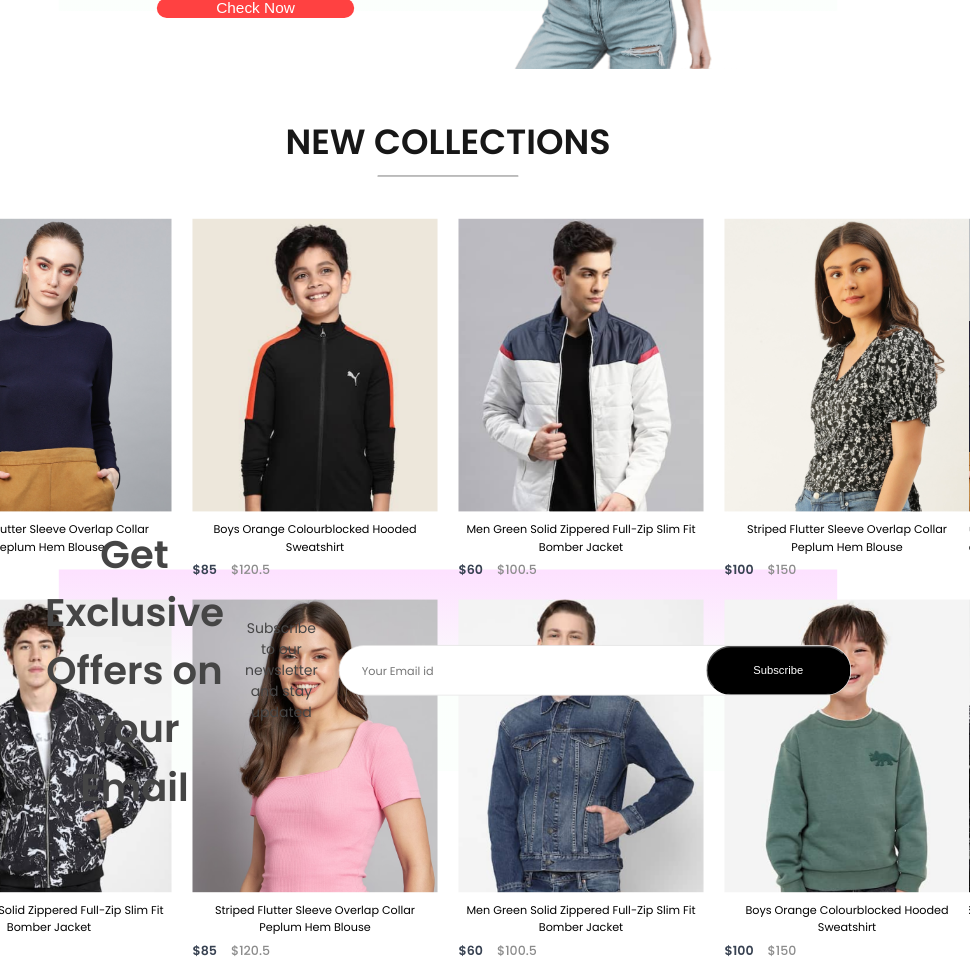
Repository: saritha55/EcommerceReactJs
Page: /
The author's editor kept a copy of each file at every save. The page is drawn from the files as they stood at one save, then again after the next save.
The browser window is 1280 px wide. The page is 1385 px wide, so the pictures cover 1385 px, including what lies to the right of the window. The pictures show the part of the page from y = 1882 to 3642 px (the page is 3252 px tall before and 3796 px after), at 70% of full size.
The project was rebuilt for these pictures with package versions that can differ from the ones it lists, and the page was loaded fresh each time. Also part of the build but not shown: src/Pages/ShopCategory.jsx, src/Pages/Product.jsx, src/Pages/Cart.jsx, src/Pages/LoginSignup.jsx.

Above is the page before, as saved 2024-12-02 17:23:31.

After the next save:
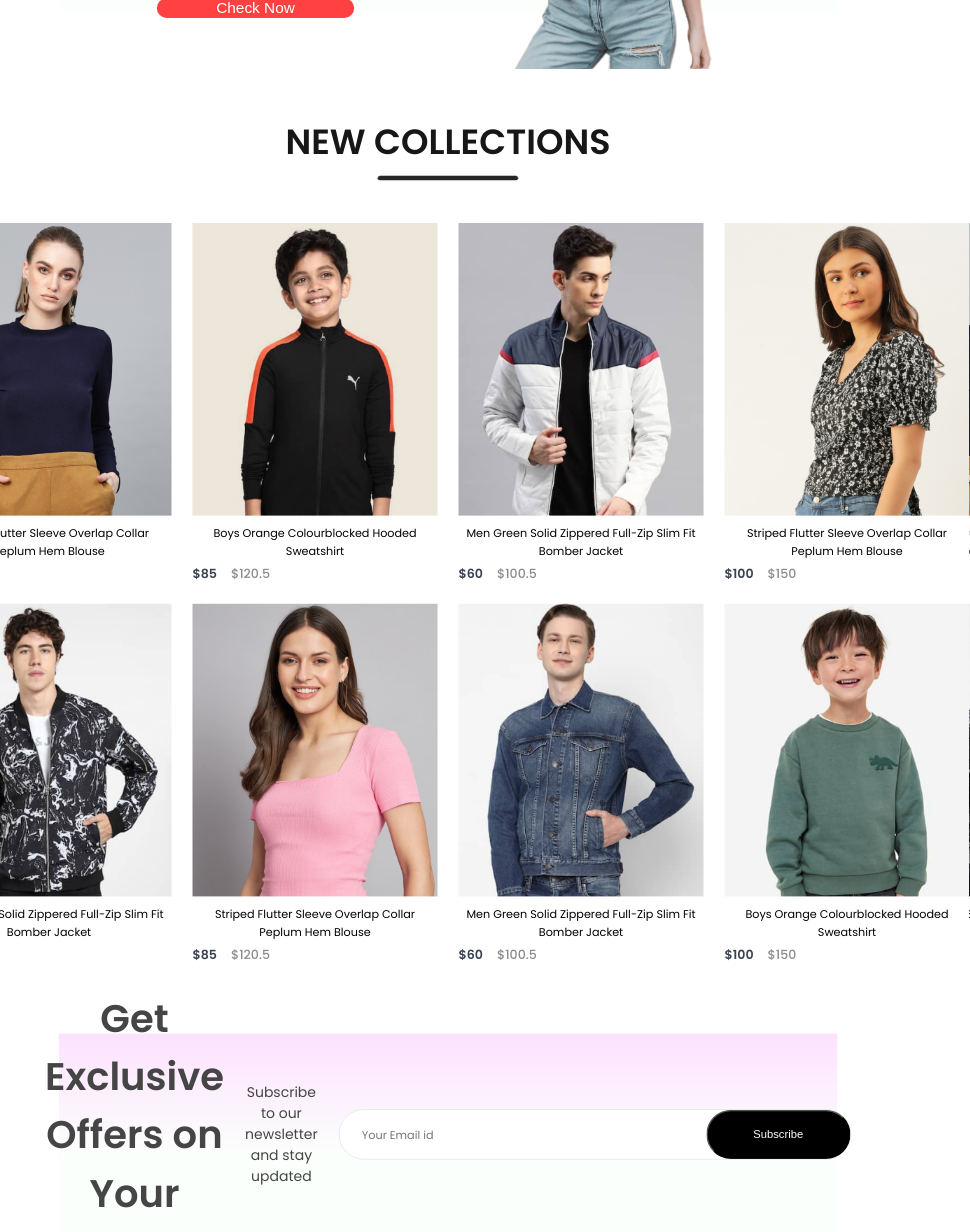
Saved 2 min 47 s later.
--- a/src/Components/NewCollections/NewCollections.css
+++ b/src/Components/NewCollections/NewCollections.css
@@ -3,7 +3,7 @@
     flex-direction: column;
     align-items: center;
     gap: 10px;
-    height: 90vh;
+    margin-bottom: 100px;
 }
 
 .newcollections h1{
